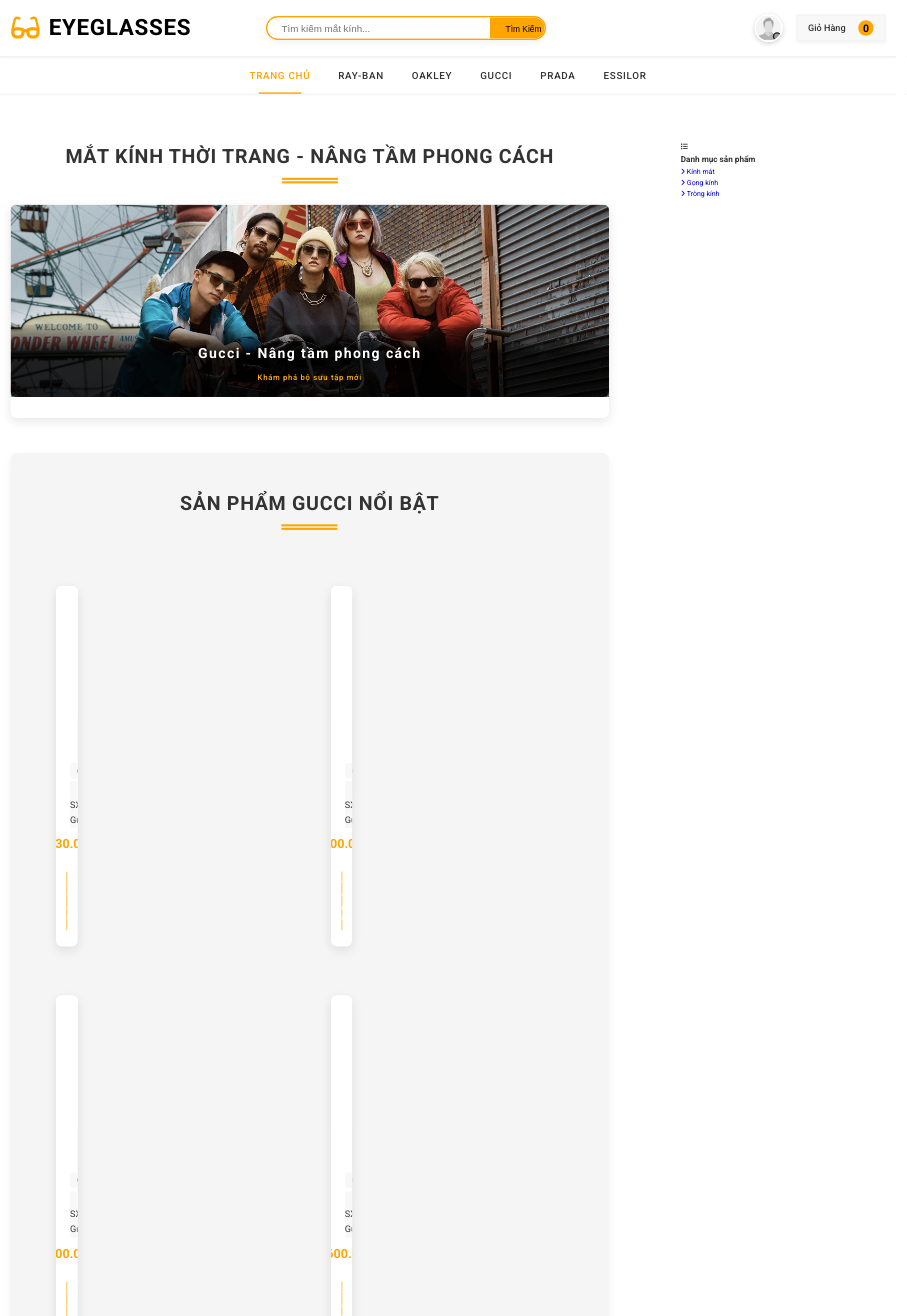
Repository: Giau-svg/glasses-store
Page: http://localhost/
An editor plug-in stored every save of this project. The page is shown before and after the next save, followed by the edit.
The browser window is 1280 px wide. The page is 1295 px wide, so the pictures cover 1295 px, including what lies to the right of the window. The pictures show the part of the page from y = 0 to 1880 px (the page is 5045 px tall), at 70% of full size.
Some web libraries are served in a nearby version. The page is run by PHP 8.4 with error messages shown; the project is at /var/www/html/. The database holds what the project's SQL file puts in it.

Above is the page before, as saved 2025-05-08 10:30:13.
Console error: ReferenceError: $ is not defined

After the next save:
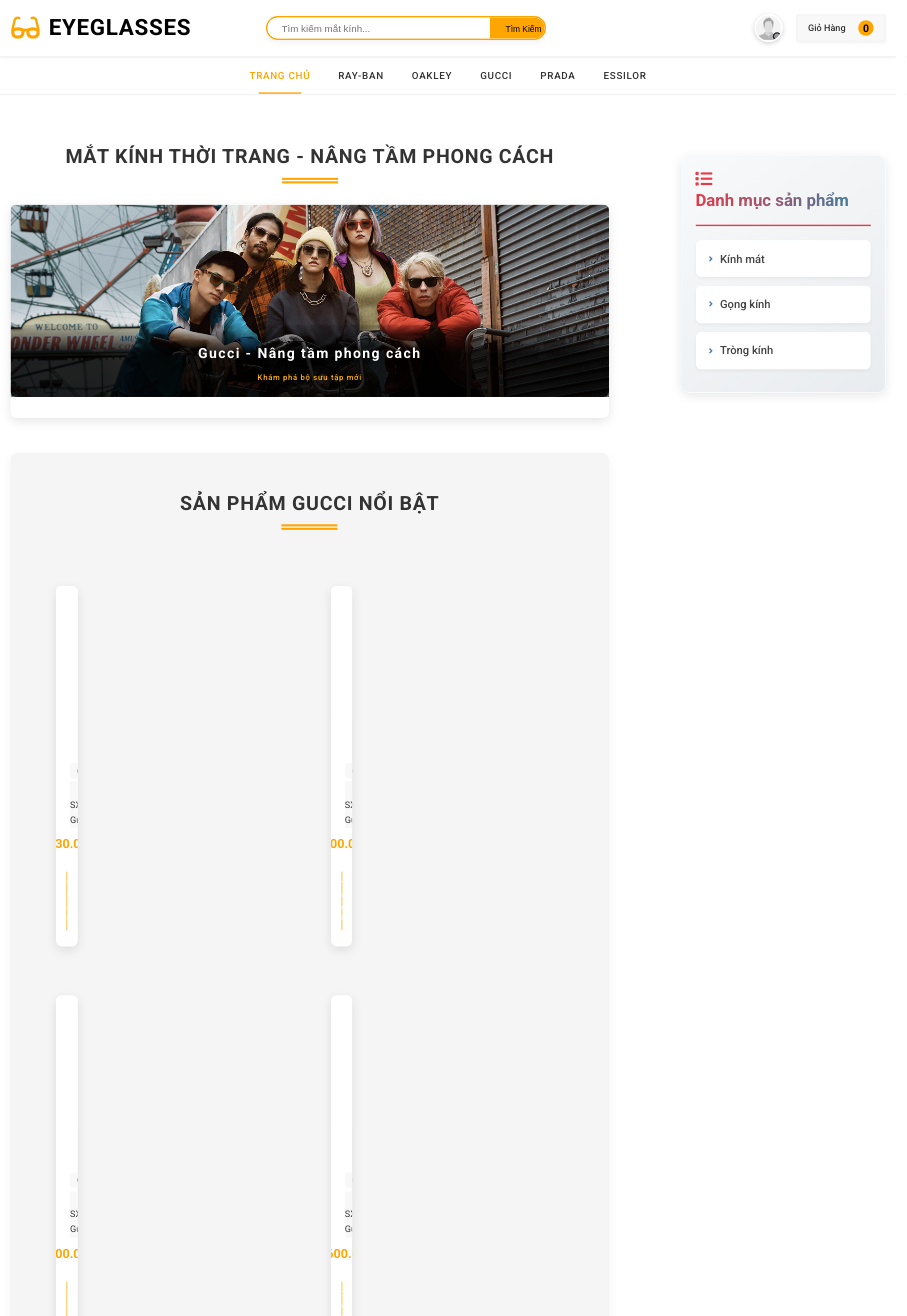
Saved 81 s later.
--- a/partials/slidebar_category.php
+++ b/partials/slidebar_category.php
@@ -32,3 +32,108 @@
         </ul>
     </div>
 </div>
+
+<style>
+.sidebar__category {
+    margin-top: 20px;
+    padding: 20px;
+    background: linear-gradient(145deg, #f8f9fa, #e9ecef);
+    border-radius: 12px;
+    box-shadow: 0 4px 15px rgba(0,0,0,0.1);
+    border: 1px solid rgba(255,255,255,0.4);
+    transition: transform 0.3s ease, box-shadow 0.3s ease;
+}
+
+.sidebar__category:hover {
+    transform: translateY(-5px);
+    box-shadow: 0 6px 20px rgba(0,0,0,0.15);
+}
+
+.sidebar__header {
+    display: flex;
+    flex-direction: column;
+    align-items: flex-start;
+    margin-bottom: 20px;
+    padding-bottom: 15px;
+    border-bottom: 2px solid #e63946;
+}
+
+.category-icon {
+    font-size: 24px;
+    margin-right: 10px;
+    color: #e63946;
+}
+
+.sidebar__title {
+    font-size: 24px;
+    font-weight: bold;
+    color: #333;
+    margin: 0;
+    background: linear-gradient(to right, #e63946, #457b9d);
+    -webkit-background-clip: text;
+    -webkit-text-fill-color: transparent;
+    background-clip: text;
+    text-fill-color: transparent;
+}
+
+.sidebar__list {
+    list-style: none;
+    padding: 0;
+}
+
+.sidebar__item {
+    margin-bottom: 12px;
+    transition: transform 0.2s ease;
+}
+
+.sidebar__item:hover {
+    transform: translateX(5px);
+}
+
+.sidebar__item.active {
+    transform: translateX(5px);
+}
+
+.sidebar__link {
+    display: flex;
+    align-items: center;
+    padding: 14px 15px;
+    font-size: 16px;
+    font-weight: 500;
+    color: #444;
+    text-decoration: none;
+    transition: all 0.3s ease;
+    border-radius: 8px;
+    background-color: #fff;
+    box-shadow: 0 2px 5px rgba(0,0,0,0.05);
+    border-left: 4px solid transparent;
+}
+
+.sidebar__link:hover {
+    color: #e63946;
+    border-left: 4px solid #e63946;
+    background-color: #f8f9fa;
+    box-shadow: 0 3px 8px rgba(0,0,0,0.1);
+}
+
+.sidebar__link.active {
+    color: #e63946;
+    border-left: 4px solid #e63946;
+    background-color: #f8f9fa;
+    box-shadow: 0 3px 8px rgba(0,0,0,0.1);
+    font-weight: bold;
+}
+
+.sidebar__icon {
+    margin-right: 10px;
+    font-size: 12px;
+    transition: transform 0.2s ease;
+    color: #457b9d;
+}
+
+.sidebar__link:hover .sidebar__icon,
+.sidebar__link.active .sidebar__icon {
+    transform: translateX(3px);
+}
+</style>
+<link rel="stylesheet" href="https://cdnjs.cloudflare.com/ajax/libs/font-awesome/5.15.4/css/all.min.css">
